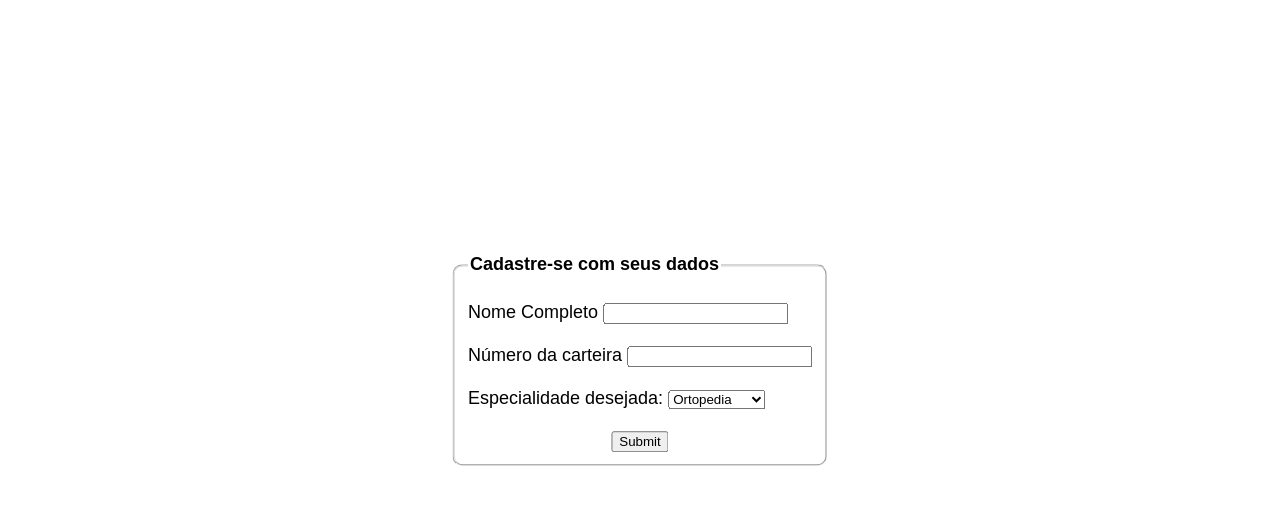
Repository: ohenriquesouza/HospitalCRUD-using-JavaEE
Page: JSP_test/src/main/webapp/main.html
The author's editor kept a copy of each file at every save. The page is drawn from the files as they stood at one save, then again after the next save.
The browser window is 1280 px wide. The pictures show the whole page.

Above is the page before, as saved 2022-12-26 19:44:44.

After the next save:
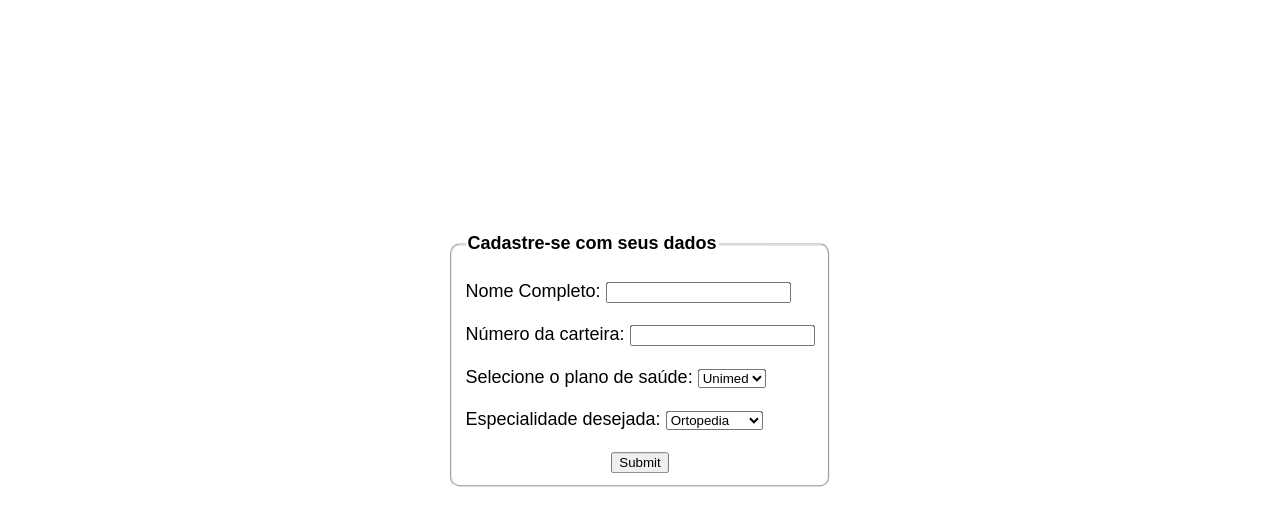
Saved 93 s later.
--- a/JSP_test/src/main/webapp/main.html
+++ b/JSP_test/src/main/webapp/main.html
@@ -30,17 +30,26 @@
                 <fieldset>
                     <legend><b>Cadastre-se com seus dados</b></legend><br/>
                     <div class="input_box">
-                        <label for="nome">Nome Completo</label>
+                        <label for="nome">Nome Completo:</label>
                         <input type="text" name="nome" id="nome" class="input_name" required></input>
                     </div>
                     <br>
 	                <div class="input_box">
-                        <label for="NmCarteira">Número da carteira</label>
+                        <label for="NmCarteira">Número da carteira:</label>
                         <input type="number" name="NmCarteira" id="NmCarteira" class="input_nmCarteira" required></input>
                     </div>
                     <br>
+                     <div class="input_box">
+                        <label for="">Selecione o plano de saúde:</label>
+						<select name="plan" id="plan" form="">
+						  <option value="ortopedia">Unimed</option>
+						  <option value="pediatria">Amil</option>
+						  <option value="clinica">GNDI</option>
+						</select>
+                    </div>
+                    <br>
                     <div class="input_box">
-                        <label for="cars">Especialidade desejada:</label>
+                        <label for="">Especialidade desejada:</label>
 						<select name="especs" id="especs" form="">
 						  <option value="ortopedia">Ortopedia</option>
 						  <option value="pediatria">Pediatria</option>
